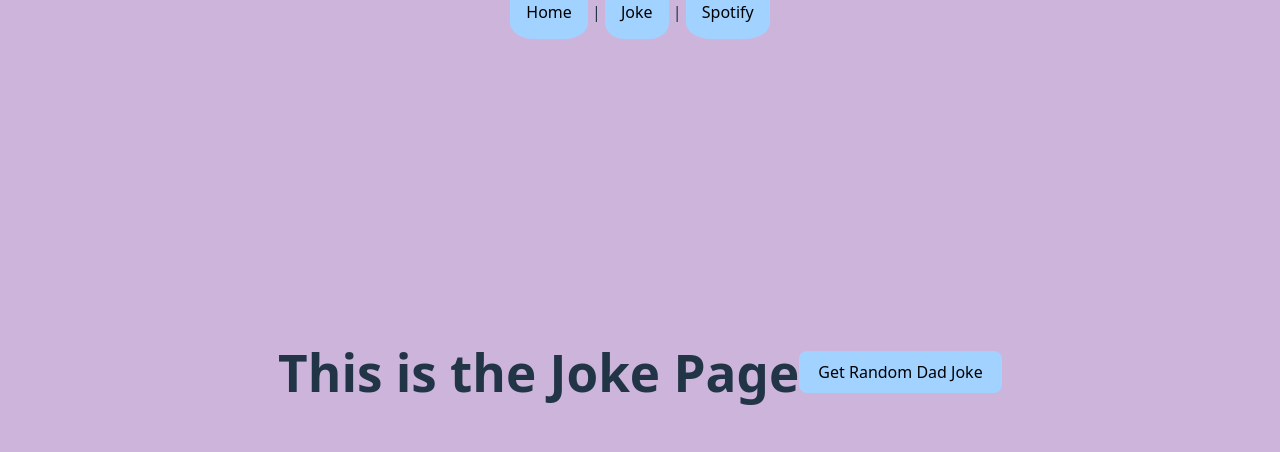
Repository: rosieomusic/spotify-react
Page: /joke
An editor plug-in stored every save of this project. The page is shown before and after the next save, followed by the edit.
The browser window is 1280 px wide. The pictures show the whole page.
The page's requests for data from a server got no answer. The project was rebuilt for these pictures with package versions that can differ from the ones it lists, and the page was loaded fresh each time. No one was signed in, and anything a server would have sent is missing. Also part of the build but not shown: vite.config.js, src/pages/HomePage.jsx, src/services/SpotifyService.js, src/components/AlbumComponent.jsx, src/pages/SpotifyPage.jsx.

Above is the page before, as saved 2025-05-09 19:07:07.

After the next save:
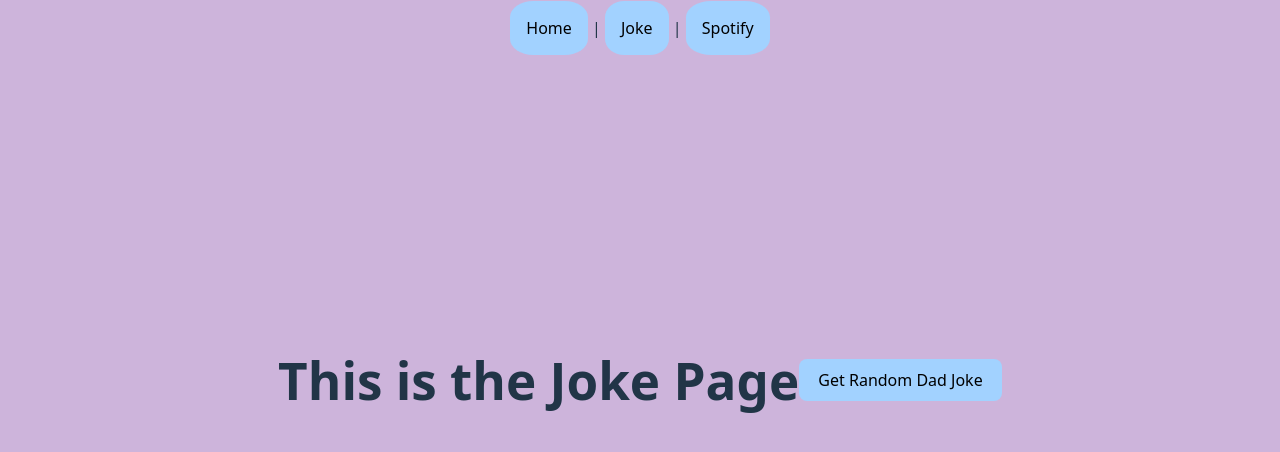
Saved 8 s later.
--- a/src/App.css
+++ b/src/App.css
@@ -36,6 +36,7 @@
 
 nav {
 	text-align: center;
+	margin-top: 1rem;
 }
 a {
 	text-decoration: none;
@@ -43,7 +44,6 @@
 	background-color: #a2d2ff;
 	border-radius: 30%;
 	padding: 1em;
-	margin-top: 1rem;
 }
 main {
 	flex-grow: 1;
